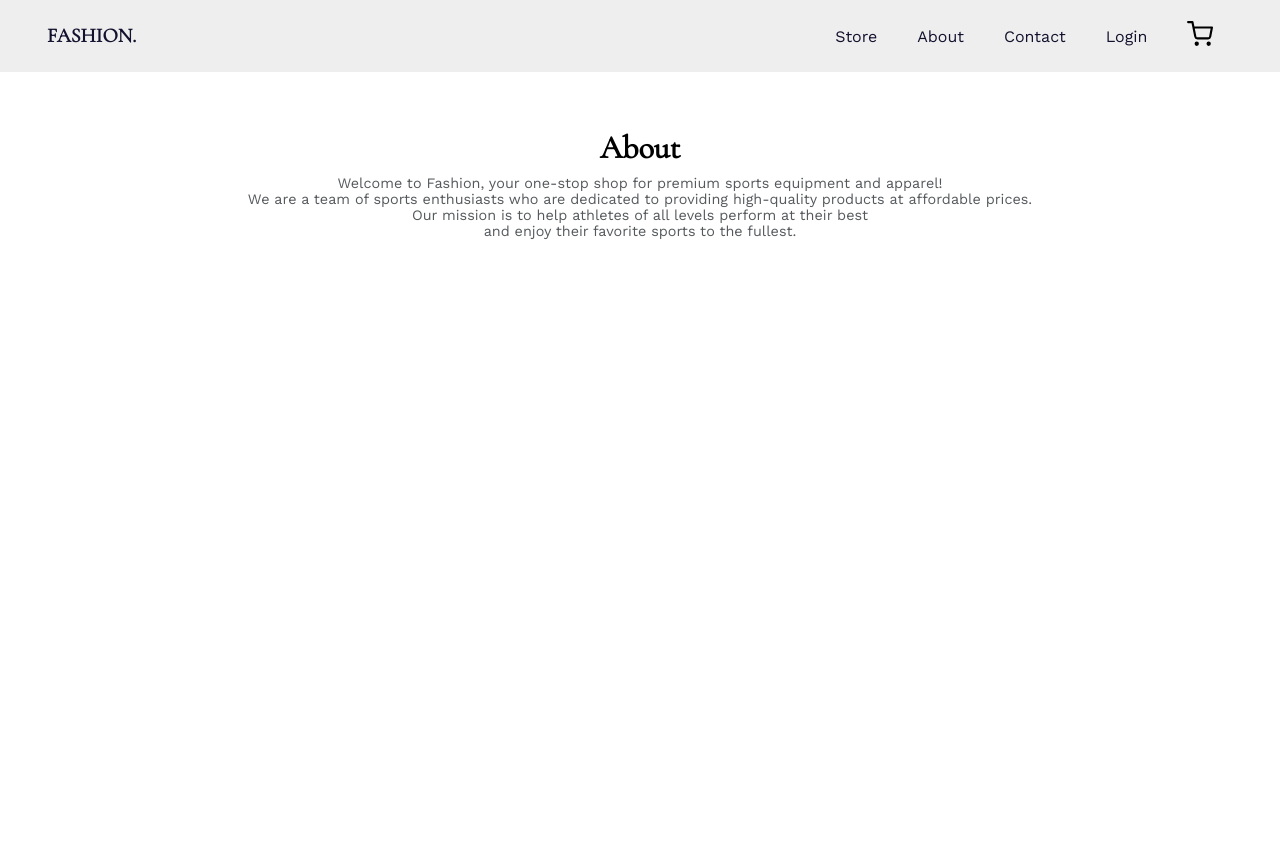
Repository: reminzuetto/SportEcom-FE
Page: /about
The author's editor kept a copy of each file at every save. The page is drawn from the files as they stood at one save, then again after the next save.
The browser window is 1280 px wide. The pictures show the whole page.
The project was rebuilt for these pictures with package versions that can differ from the ones it lists, and the page was loaded fresh each time. Also part of the build but not shown: src/data.js, src/utils/utils.js, src/components/ProductCard.jsx, src/components/TypeBars.jsx, src/typeData.js, src/pages/Store.jsx, src/pages/Login.jsx, src/pages/CustomerInfo.jsx and 3 more.

Above is the page before, as saved 2024-11-15 20:04:52.

After the next save:
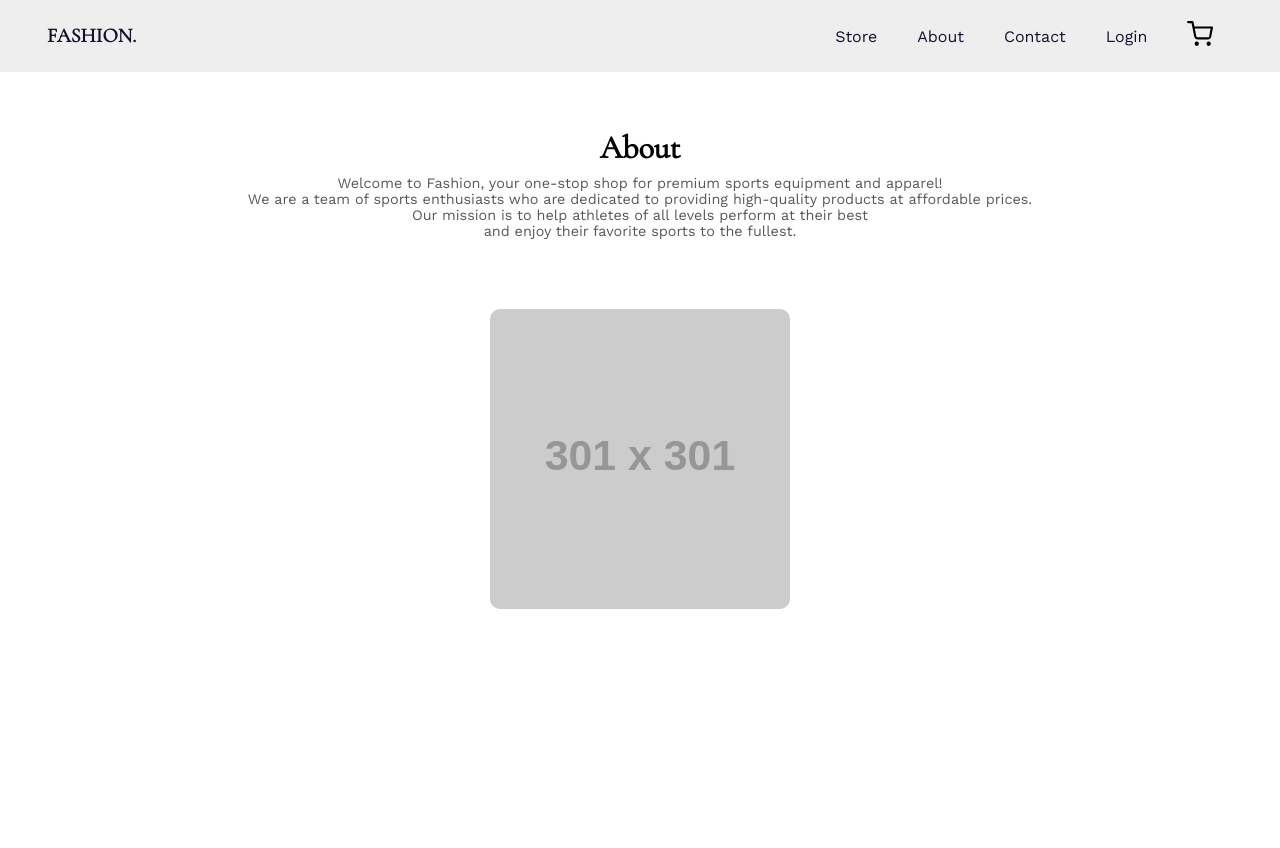
Saved 2 min 22 s later.
--- a/src/pages/About.jsx
+++ b/src/pages/About.jsx
@@ -1,5 +1,6 @@
 import styled from "styled-components";
-import GithubIcon from "../assets/icons/logo-github.svg";
+import GithubIcon from "../assets/icons/logo-github.svg"; // Đây là icon bạn đang sử dụng
+
 const About = () => {
   return (
     <div>
@@ -19,6 +20,10 @@
         <p>and enjoy their favorite sports to the fullest.</p>
         <br />
         <br />
+        {/* Thêm phần ảnh và hiệu ứng chuyển động */}
+        <ImageContainer>
+          <Image />
+        </ImageContainer>
       </Heading>
     </div>
   );
@@ -34,4 +39,41 @@
   }
 `;
 
+// Styled component cho container chứa hình ảnh
+const ImageContainer = styled.div`
+  margin-top: 2rem;
+  width: 300px;
+  height: 300px;
+  margin-left: auto;
+  margin-right: auto;
+  border-radius: 10px;
+  overflow: hidden;
+`;
+
+// Styled component cho ảnh với hiệu ứng thay đổi mỗi 3s
+const Image = styled.div`
+  width: 100%;
+  height: 100%;
+  background-image: url(${GithubIcon}); /* Hình ảnh mặc định */
+  background-size: cover;
+  background-position: center;
+  animation: changeImage 9s infinite; /* Thời gian mỗi lần thay đổi là 9s để 3 hình ảnh thay đổi trong 9s */
+
+  /* Các hình ảnh khác */
+  @keyframes changeImage {
+    0% {
+      background-image: url(${GithubIcon}); /* Hình ảnh đầu tiên */
+    }
+    33% {
+      background-image: url("https://via.placeholder.com/300"); /* Hình ảnh thứ hai */
+    }
+    66% {
+      background-image: url("https://via.placeholder.com/301"); /* Hình ảnh thứ ba */
+    }
+    100% {
+      background-image: url(${GithubIcon}); /* Quay lại hình ảnh đầu tiên */
+    }
+  }
+`;
+
 export default About;
